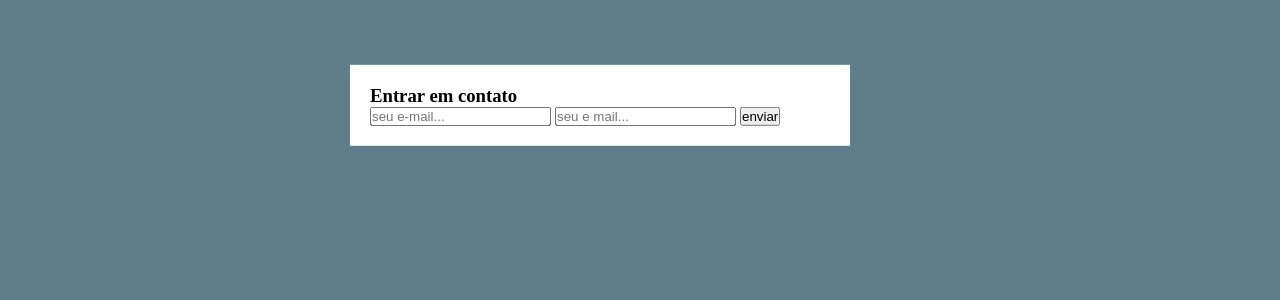
Repository: josceno/Sistema-para-controle-de-experimenta-o-animal
Page: index.html
An editor plug-in stored every save of this project. The page is shown before and after the next save, followed by the edit.
The browser window is 1280 px wide. The pictures show the whole page.

Above is the page before, as saved 2021-09-13 15:21:41.

### index.html
<html>
    <head>
        <title>Form Contato</title>

    </head>
    <style>
        *{margin:0; padding:0;box-sizing: border-box;}
        body
        {
            background-color: #5f7C8A;
        }
        form
        {
            background-color: white;
            max-width: 500px;
            width: 70%;
            padding:20px;
            position:absolute;
            left: "50%";
            top: "50%";

            transform: translate(70%,80%);
        }
    </style>

    <body>

        <form>
            <h3>Entrar em contato</h3>
            <input type="text" name ="email" placeholder= "seu e-mail..."/>
            <input type = "text" name = "email" placeholder=  "seu e mail..."/>
            <input type =  "submit"name = "acao" value = "enviar"/>
        </form>
    </body>
</html>

After the next save:
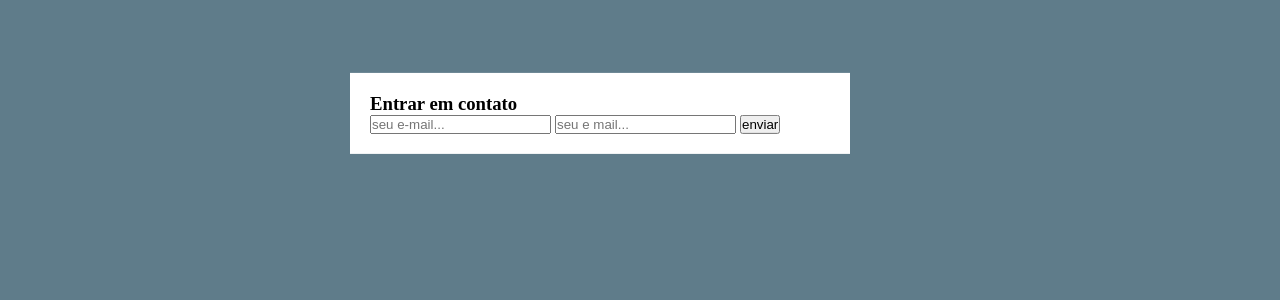
Saved 9 s later.
--- a/index.html
+++ b/index.html
@@ -19,7 +19,7 @@
             left: "50%";
             top: "50%";
 
-            transform: translate(70%,80%);
+            transform: translate(70%,90%);
         }
     </style>
 
